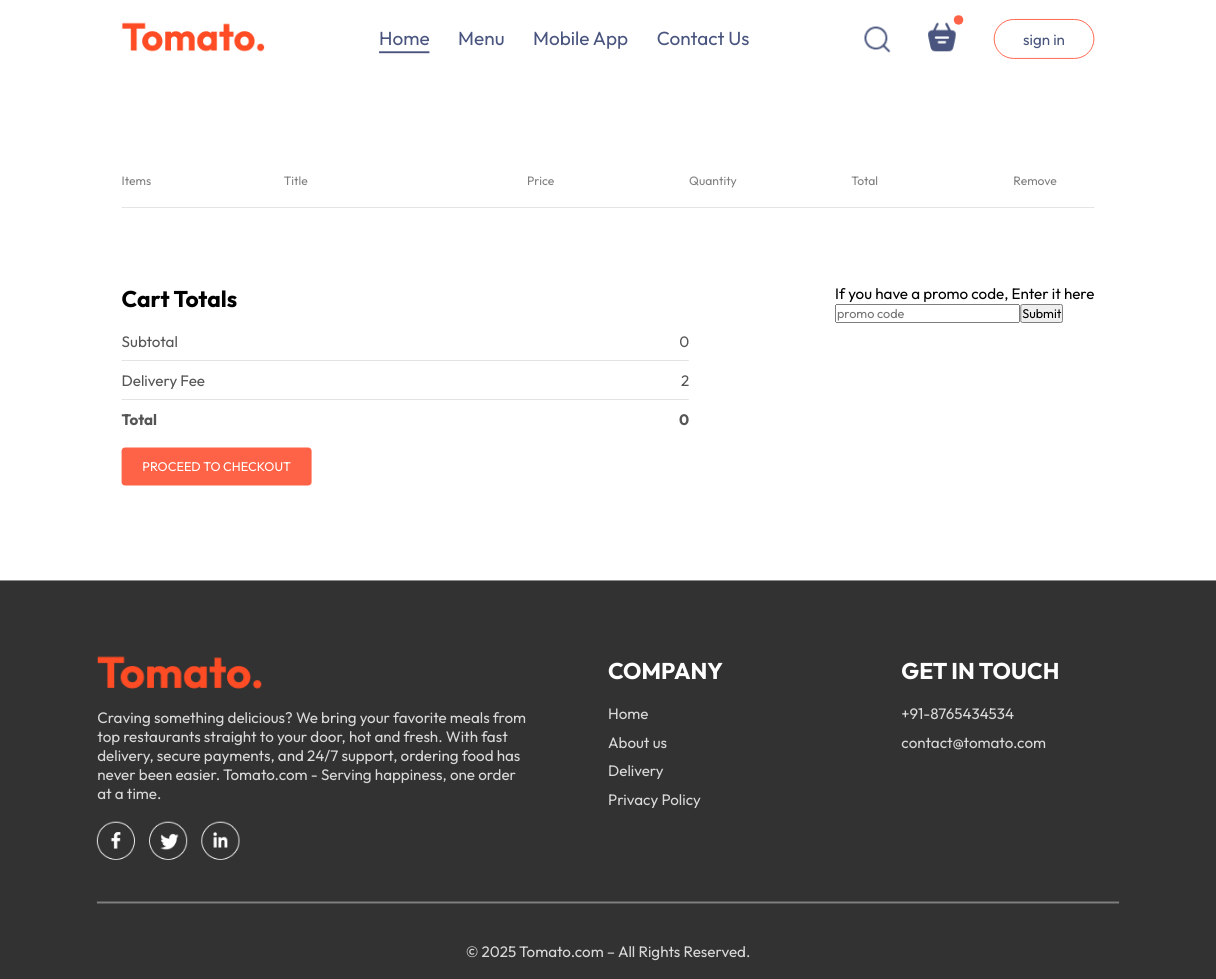
Repository: esakkiraj8104/FOOD_ORDER1
Page: /cart
The author's editor kept a copy of each file at every save. The page is drawn from the files as they stood at one save, then again after a run of saves.
The browser window is 1280 px wide. The pictures show the whole page, at 95% of full size.
The project was rebuilt for these pictures with package versions that can differ from the ones it lists, and the page was loaded fresh each time. Also part of the build but not shown: vite.config.js, src/components/Navbar/Header/Haeder.css, src/components/Navbar/Header/Header.jsx, src/components/Navbar/ExploreMenu/ExploreMenu.css, src/components/Navbar/ExploreMenu/ExploreMenu.jsx, src/components/Navbar/FoodDisplay/FoodDisplay.css, src/components/Navbar/FoodItem/FoodItem.css, src/components/Navbar/FoodItem/FoodItem.jsx and 6 more. Imported but missing from the stored project, and not drawn on this page: src/pages/PlaceOrder/PlaceOrder.

Above is the page before, as saved 2025-05-20 18:59:26.

After the next 5 saves:
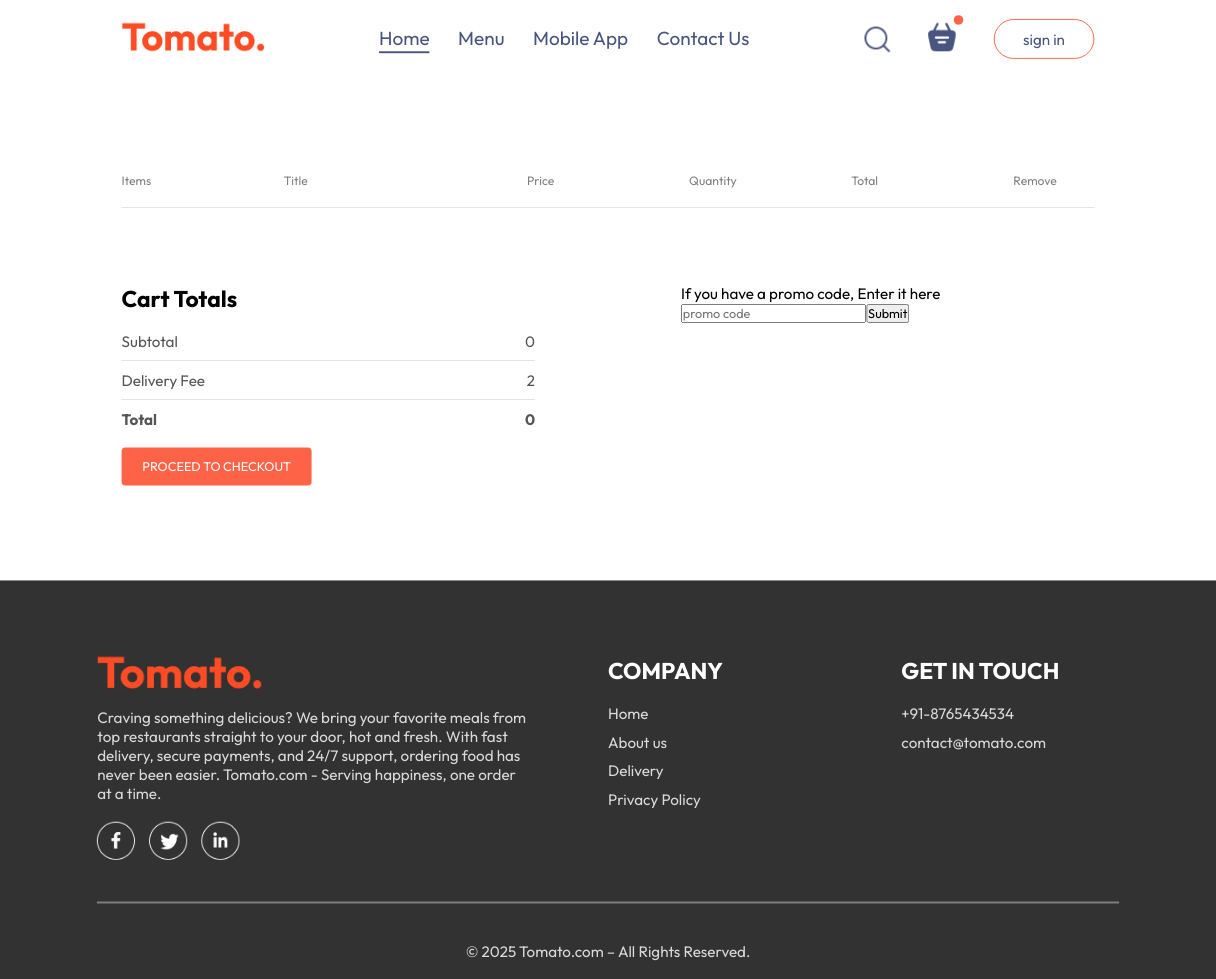
The 5 saves are shown as one change because they came seconds apart.
The last was saved 14 s later.
--- a/src/pages/Cart/Cart.css
+++ b/src/pages/Cart/Cart.css
@@ -54,5 +54,8 @@
     cursor: pointer;
 }
 .cart-promocode{
-    fle
+    flex: 1;
 }
+.cart-promocode p{
+
+}
